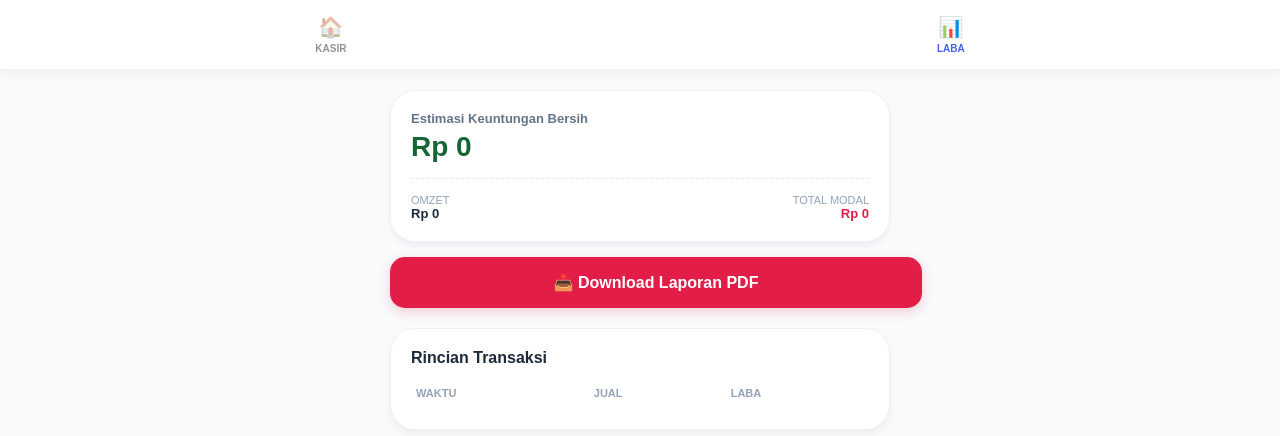
Repository: Tenno1208/bazar-app
Page: http://localhost/laporan-keuntungan
These files come from the project's save history. The page is drawn as it stood at one moment and after the next save; the edit follows.
The browser window is 1280 px wide. The pictures show the whole page.
Some web fonts or font styles are not loaded; a fallback is used. The page is served by the project's Laravel application, run on PHP 8.4 with Laravel 12. Queries for data that is not in the repository find no rows.

Above is the page before, as saved 2026-03-27 15:23:35.

After the next save:
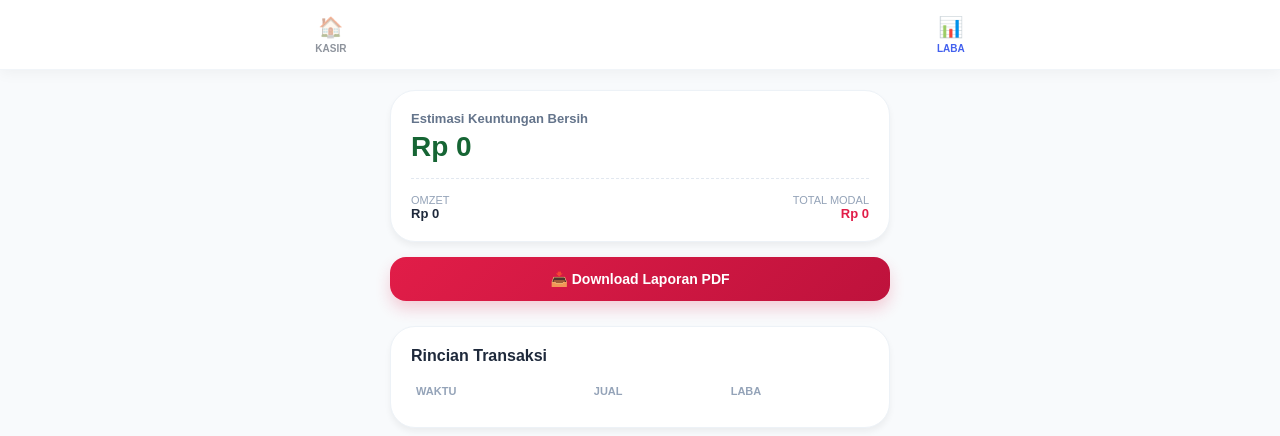
Saved 89 s later.
--- a/resources/views/laporan.blade.php
+++ b/resources/views/laporan.blade.php
@@ -62,22 +62,32 @@
         }
 
         .btn-pdf {
-            background: #e11d48;
-            color: white;
-            border: none;
-            padding: 16px;
-            border-radius: 15px;
-            font-weight: 700;
-            width: 100%;
-            cursor: pointer;
-            text-decoration: none;
-            display: block;
-            text-align: center;
-            margin-bottom: 20px;
-            box-shadow: 0 4px 12px rgba(225, 29, 72, 0.2);
-            transition: 0.3s;
-        }
-        .btn-pdf:active { transform: scale(0.96); }
+    display: flex;
+    align-items: center;
+    justify-content: center;
+    gap: 10px;
+    background: linear-gradient(135deg, #e11d48, #be123c);
+    color: white;
+    border: none;
+    padding: 14px 20px;
+    border-radius: 16px;
+    font-size: 14px;
+    font-weight: 700;
+    width: 100%;
+    cursor: pointer;
+    text-decoration: none;
+    box-sizing: border-box; /* Penting: agar padding tidak bikin tombol lebar ke samping */
+    margin: 10px 0 25px 0;
+    box-shadow: 0 8px 15px rgba(225, 29, 72, 0.2);
+    transition: 0.3s;
+}
+
+.btn-pdf:active {
+    transform: scale(0.97);
+    box-shadow: 0 4px 8px rgba(225, 29, 72, 0.1);
+}
+
+.btn-pdf i { font-size: 18px; }
 
         table { width: 100%; border-collapse: collapse; margin-top: 10px; }
         th { text-align: left; font-size: 11px; color: #94a3b8; text-transform: uppercase; padding: 10px 5px; }
